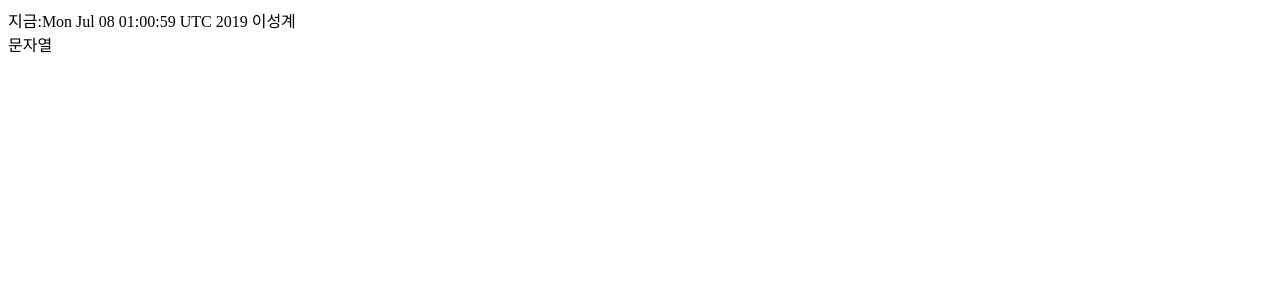
Repository: ikobean/ikoebean
Page: http://localhost/dev_jsp/ch2/p47.jsp
The author's editor kept a copy of each file at every save. The page is drawn from the files as they stood at one save, then again after the next save.
The browser window is 1280 px wide. The pictures show the whole page.
The page is served by Tomcat 9. Other server files are loaded and not shown.

Above is the page before, as saved 2019-07-11 07:32:55.

### workspace_jsp/dev_jsp/WebContent/ch2/p47.jsp
<%@ page language="java" contentType="text/html; charset=UTF-8"
    pageEncoding="UTF-8"%>
<!DOCTYPE html>
<html>
<head>
<meta charset="UTF-8">
<title>Insert title here</title>
</head>
<body>
지금:<%=new java.util.Date() %>

<%!
 //디클러레이션
 //안에 선언하면 전변
 String name = "바보";
 int i;

 %>

<% //스크립틀릿
//스크립틀릿 안에 선언하면 지변
	String name;
	name="이성계";
	out.print(name);
	out.print("<br>");
%>
<%=
	"문자열"
%>
</body>
</html>

After the next save:
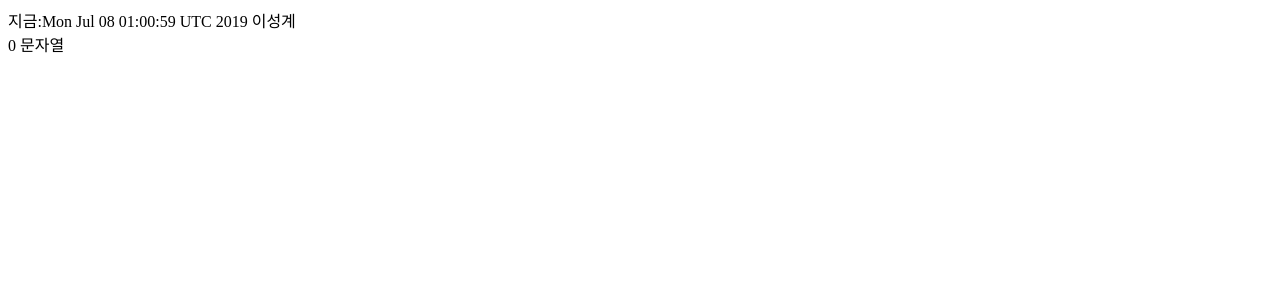
Saved 13 s later.
--- a/workspace_jsp/dev_jsp/WebContent/ch2/p47.jsp
+++ b/workspace_jsp/dev_jsp/WebContent/ch2/p47.jsp
@@ -23,6 +23,8 @@
 	name="이성계";
 	out.print(name);
 	out.print("<br>");
+	out.print(i);
+
 %>
 <%=
 	"문자열"
